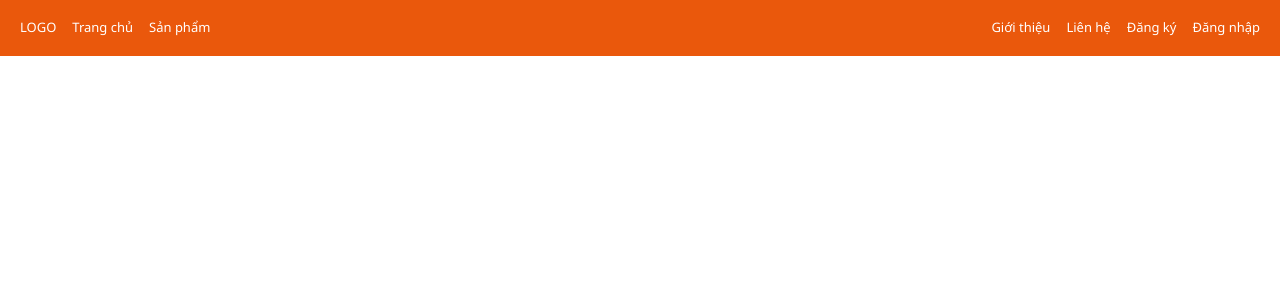
Repository: TinhTT336/MD02_Session15
Page: / (app in client/)
An editor plug-in stored every save of this project. The page is shown before and after the next save, followed by the edit.
The browser window is 1280 px wide. The pictures show the whole page.
The project was rebuilt for these pictures with package versions that can differ from the ones it lists, and the page was loaded fresh each time. Also part of the build but not shown: client/vite.config.js.

Above is the page before, as saved 2023-09-15 09:18:43.

After the next save:
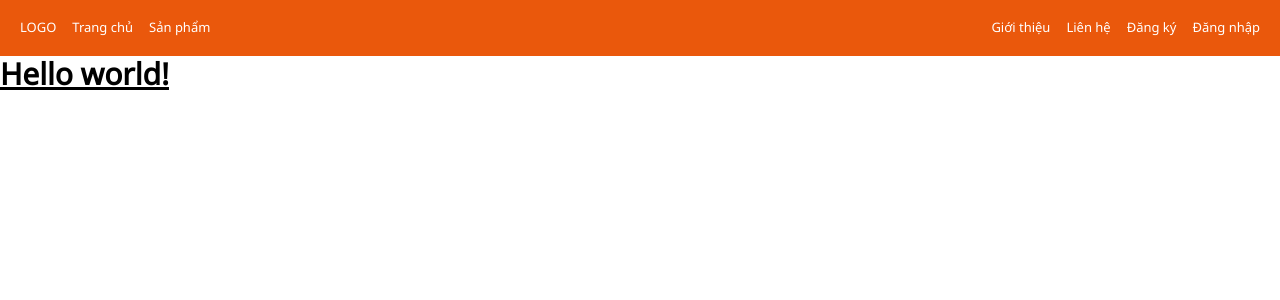
Saved 36 s later.
--- a/client/src/App.jsx
+++ b/client/src/App.jsx
@@ -6,6 +6,9 @@ function App() {
   return (
     <>
       <Header />
+      <h1 className="text-3xl font-bold underline">
+        Hello world!
+      </h1>
     </>
   )
 }
